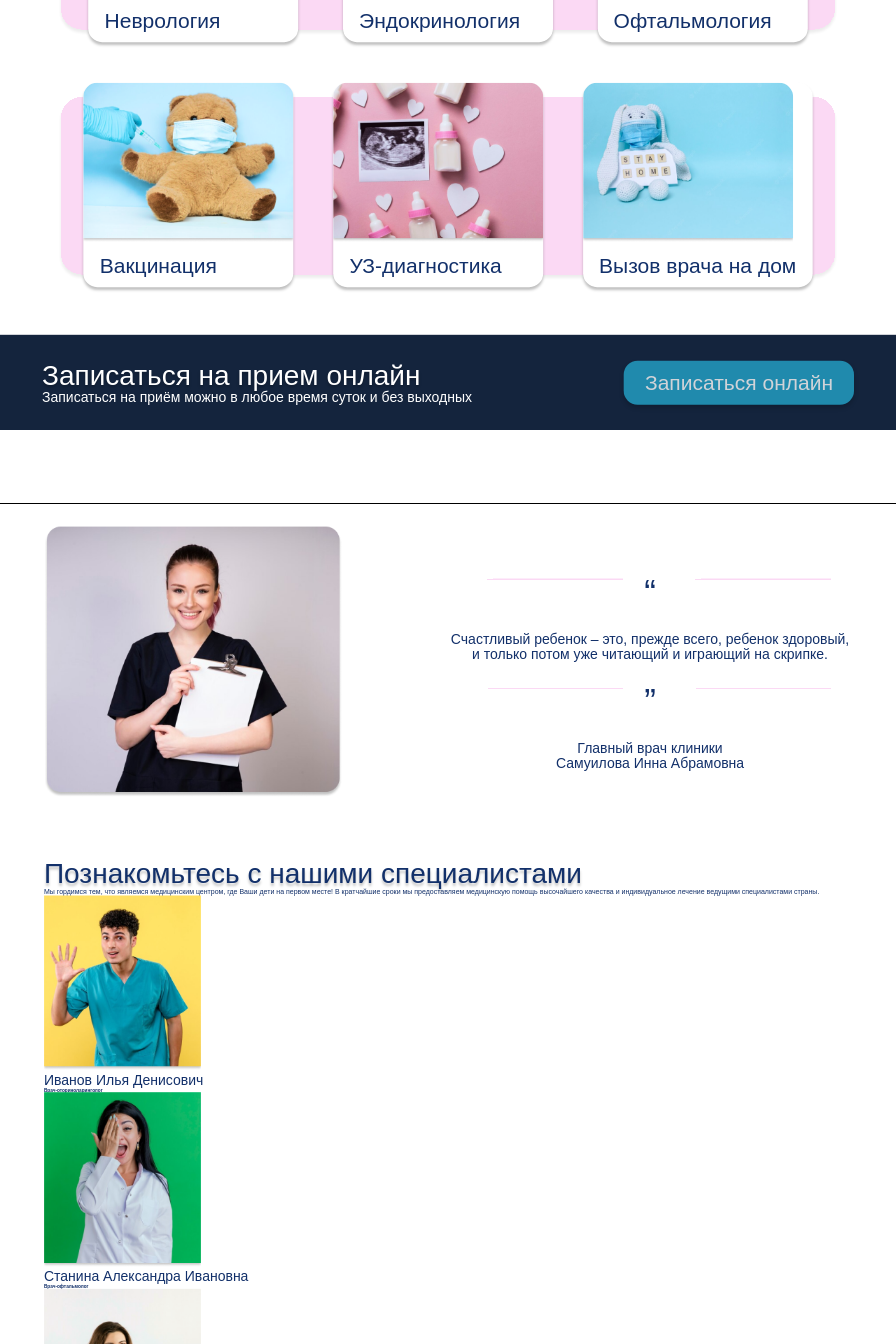
Repository: Normandy72/Landing-Page-Happy-Child
Page: index.html
The author's editor kept a copy of each file at every save. The page is drawn from the files as they stood at one save, then again after the next save.
The browser window is 1280 px wide. The pictures show the part of the page from y = 2186 to 4106 px (the page is 8064 px tall), at 70% of full size.
Some web fonts or font styles are not loaded; a fallback is used.

Above is the page before, as saved 2022-11-12 14:34:00.

After the next save:
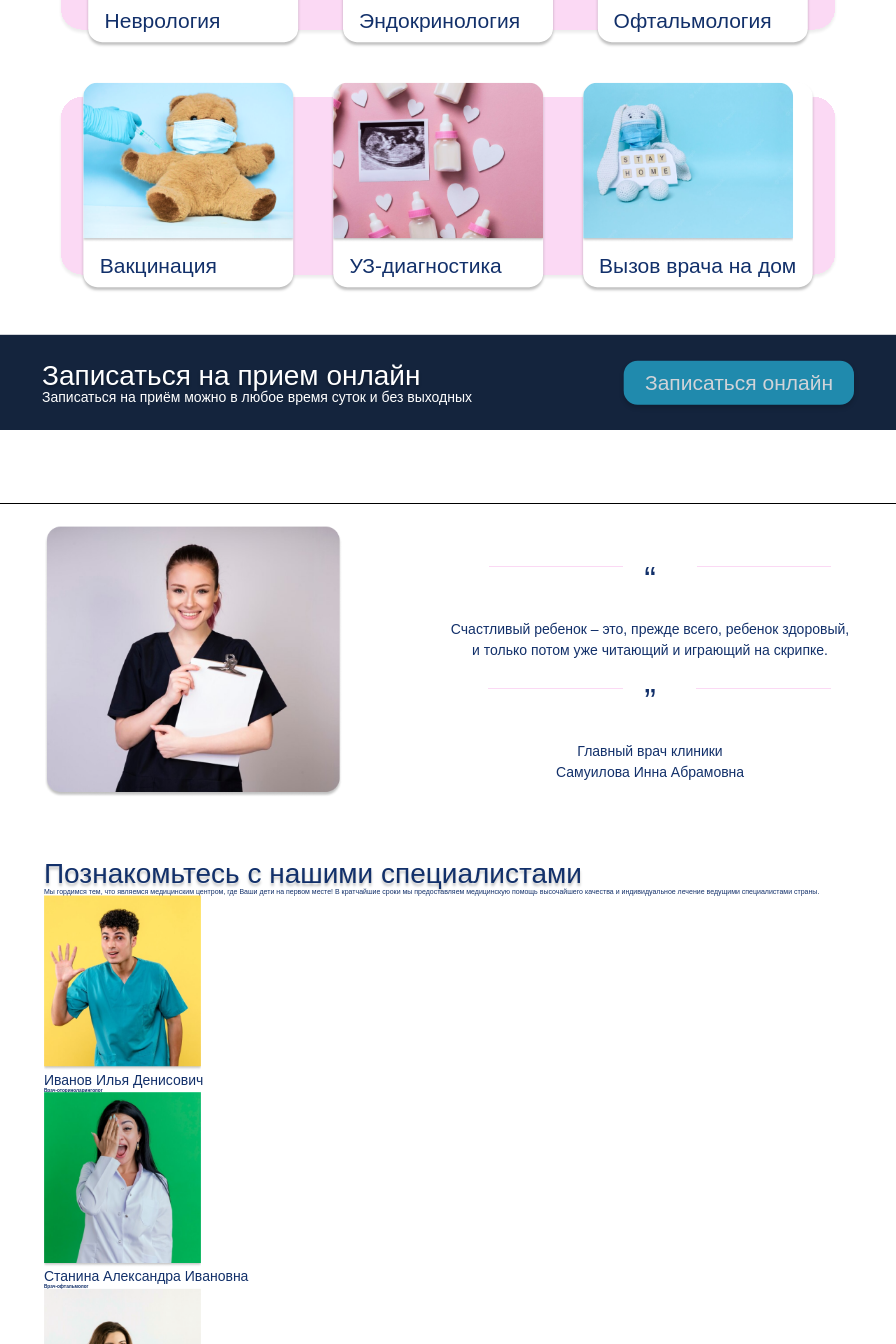
Saved 21 s later.
--- a/styles/section_chief.css
+++ b/styles/section_chief.css
@@ -20,6 +20,7 @@
 
 .chief__text h5{
     text-align: center;
+    line-height: 155.88%;
 }
 
 .text__lines{
